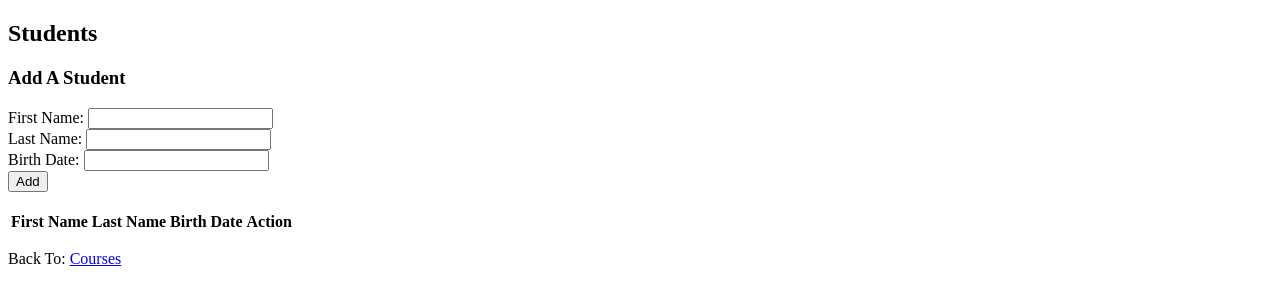
Repository: pjberry/course-tracking-initial
Page: http://localhost/course-tracking/studentList.jsp
These files come from the project's save history. The page is drawn as it stood at one moment and after the next save; the edit follows.
The browser window is 1280 px wide. The pictures show the whole page.
The page is served by Tomcat 9. The template is opened directly, without the code that normally fills it, so the values that code supplies are empty.

Above is the page before, as saved 2014-09-09 02:33:54.

After the next save:
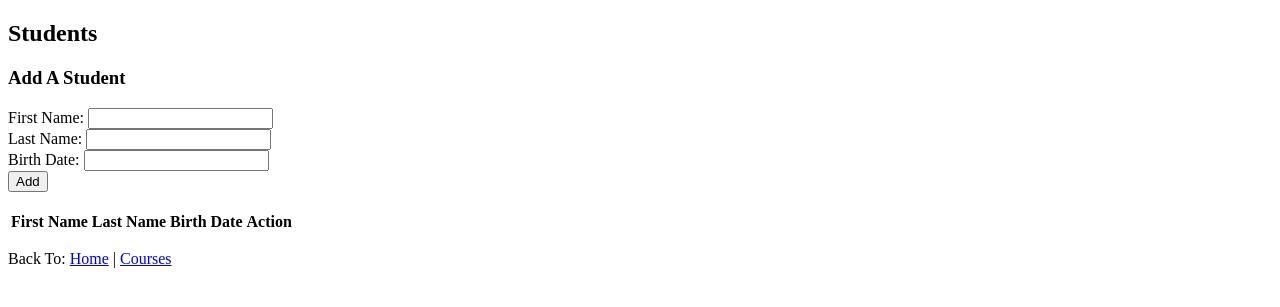
Saved 112 s later.
--- a/course-tracking/WebContent/studentList.jsp
+++ b/course-tracking/WebContent/studentList.jsp
@@ -56,7 +56,7 @@
 		</c:forEach>
 	</table>
 
-	<p>Back To: <a href="CourseController">Courses</a></p>
+	<p>Back To: <a href="/index.jsp">Home</a> | <a href="CourseController">Courses</a></p>
 </body>
 
 </html>
